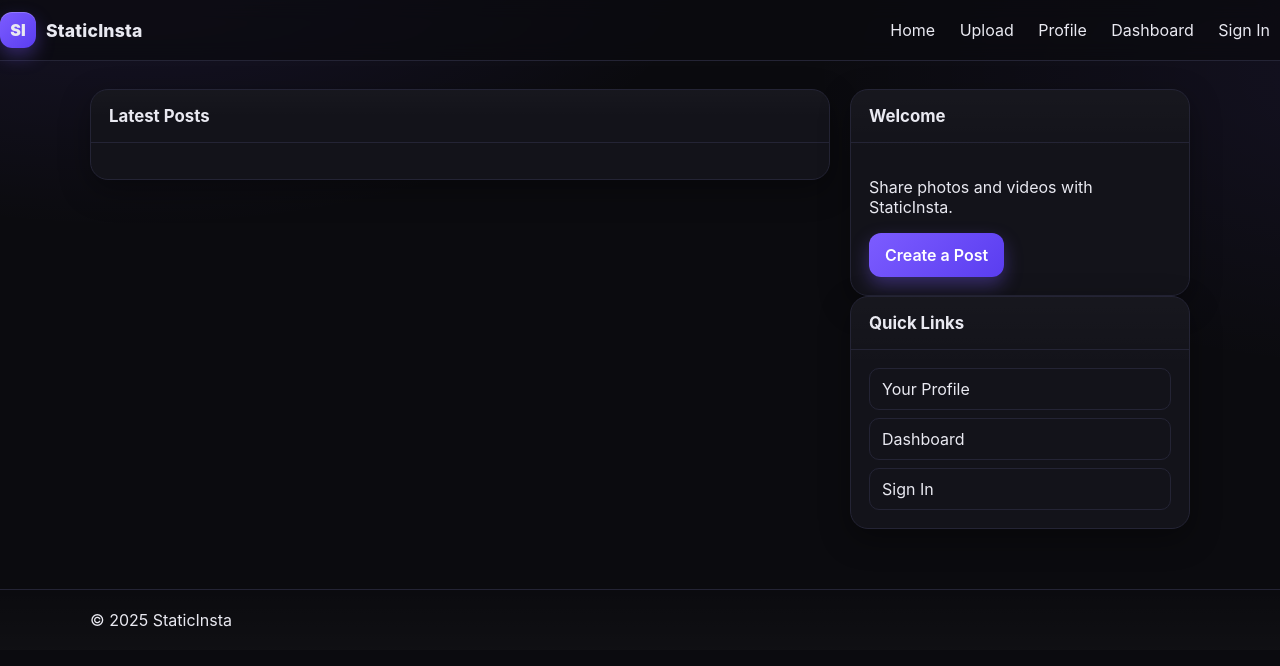
Repository: Asadkhan23/StaticInsta-App
Page: index.html
These files come from the project's save history. The page is drawn as it stood at one moment and after the next save; the edit follows.
The browser window is 1280 px wide. The pictures show the whole page.

Above is the page before, as saved 2025-08-26 19:48:55.

### index.html
<!DOCTYPE html>
<html lang="en">
<head>
  <meta charset="UTF-8" />
  <meta name="viewport" content="width=device-width, initial-scale=1.0" />
  <title>StaticInsta</title>
  <link rel="stylesheet" href="styles.css" />
  <script src="global.js"></script>
</head>
<body>

<header class="si-navbar">
  <div class="si-nav-inner">
    <a class="si-brand" href="index.html">
      <span class="si-badge">SI</span>
      <span class="si-title">StaticInsta</span>
    </a>
    <nav class="si-nav-actions">
      <a href="index.html">Home</a>
      <a href="upload.html">Upload</a>
      <a href="profile.html">Profile</a>
      <a href="dashboard.html">Dashboard</a>
      <a href="signin.html" id="navSignIn">Sign In</a>
    </nav>
  </div>
</header>


<main class="si-main">
  <div class="si-container si-grid">
    <section class="si-col-wide">
      <div class="si-card">
        <div class="si-card-header">
          <h2>Latest Posts</h2>
        </div>
        <div id="homePosts" class="si-card-body feed-grid"></div>
      </div>
    </section>
    <aside class="si-col-side">
      <div class="si-card">
        <div class="si-card-header"><h3>Welcome</h3></div>
        <div class="si-card-body">
          <p>Share photos and videos with StaticInsta.</p>
          <a class="si-btn" href="upload.html">Create a Post</a>
        </div>
      </div>
      <div class="si-card">
        <div class="si-card-header"><h3>Quick Links</h3></div>
        <div class="si-card-body si-links">
          <a href="profile.html">Your Profile</a>
          <a href="dashboard.html">Dashboard</a>
          <a href="signin.html">Sign In</a>
        </div>
      </div>
    </aside>
  </div>
</main>

<footer class="si-footer">
  <div class="si-container">© 2025 StaticInsta</div>
</footer>

<script src="script.js"></script>
</body>
</html>

### styles.css

:root{
  --bg:#0b0b0f;
  --surface:#13131a;
  --surface-2:#1a1a24;
  --text:#e9e9f1;
  --muted:#a2a2b3;
  --primary:#7c5cff;
  --primary-2:#5a3df0;
  --ring: rgba(124,92,255,.35);
  --border:#242435;
}
*{box-sizing:border-box}
html,body{height:100%}
body{
  margin:0; font-family: Inter, system-ui, -apple-system, Segoe UI, Roboto, Arial, sans-serif;
  background:radial-gradient(1200px 600px at 10% -10%, rgba(124,92,255,.12), transparent 50%),
             radial-gradient(1000px 500px at 110% 10%, rgba(124,92,255,.08), transparent 60%),
             var(--bg);
  color:var(--text);
}

/* Layout */
.si-container{ width:92%; max-width:1100px; margin:0 auto; }
.si-main{ padding:28px 0 60px; }
.si-grid{ display:grid; grid-template-columns: 1fr; gap:20px; }
@media(min-width: 980px){
  .si-grid{ grid-template-columns: minmax(0,1fr) 340px; }
  .si-col-wide{ order:1; }
  .si-col-side{ order:2; }
}
.si-col-wide, .si-col-side{ min-width:0; }

/* Navbar */
.si-navbar{ position:sticky; top:0; z-index:20; background: rgba(11,11,15,.7); backdrop-filter: blur(10px); border-bottom:1px solid var(--border); }
.si-nav-inner{ display:flex; align-items:center; justify-content:space-between; gap:16px; padding:12px 0; }
.si-brand{ display:flex; align-items:center; gap:10px; text-decoration:none; color:var(--text); font-weight:800; letter-spacing:.2px; }
.si-badge{ display:grid; place-items:center; width:36px; height:36px; border-radius:12px; background: linear-gradient(135deg, var(--primary), var(--primary-2));
  box-shadow: 0 8px 18px var(--ring), inset 0 1px 0 rgba(255,255,255,.2); font-weight:900; }
.si-title{ font-size:1.1rem; }
.si-nav-actions a{ color:var(--text); text-decoration:none; padding:8px 10px; border-radius:10px; }
.si-nav-actions a:hover{ background:var(--surface); }

/* Cards */
.si-card{ background: linear-gradient(180deg, rgba(255,255,255,.02), transparent 30%) , var(--surface); border:1px solid var(--border); border-radius:18px; box-shadow: 0 10px 30px rgba(0,0,0,.35); overflow:hidden; }
.si-card-header{ padding:16px 18px; border-bottom:1px solid var(--border); }
.si-card-header h2, .si-card-header h3{ margin:0; font-size:1.05rem; }
.si-card-body{ padding:18px; }
.center{ text-align:center; }

/* Buttons */
.si-btn{ display:inline-block; background:linear-gradient(135deg, var(--primary), var(--primary-2)); color:#fff; border:none; border-radius:12px; padding:12px 16px; text-decoration:none; font-weight:600; box-shadow: 0 8px 18px var(--ring); cursor:pointer; }
.si-btn:hover{ filter:brightness(.95); }
.si-btn-ghost{ background:transparent; border:1px solid var(--border); color:var(--text); box-shadow:none; }
.si-btn-ghost:hover{ background:var(--surface-2); }

/* Forms */
.si-form{ display:flex; flex-direction:column; gap:12px; }
.si-row{ display:grid; grid-template-columns: 1fr; gap:12px; }
@media(min-width:720px){ .si-row{ grid-template-columns: 1fr 1fr; } }
.si-form input, .si-form textarea{
  width:100%; background:var(--surface-2); color:var(--text);
  border:1px solid var(--border); border-radius:12px; padding:12px 14px; outline:none;
}
.si-form input:focus, .si-form textarea:focus{ border-color:var(--primary); box-shadow:0 0 0 4px var(--ring); }
.si-form textarea{ min-height:120px; resize:vertical; }

/* Feed grid */
.feed-grid{ display:grid; grid-template-columns: 1fr; gap:14px; }
@media(min-width:620px){ .feed-grid{ grid-template-columns: 1fr 1fr; } }
@media(min-width:1024px){ .feed-grid{ grid-template-columns: 1fr 1fr 1fr; } }
.post{ background:var(--surface-2); border:1px solid var(--border); border-radius:16px; overflow:hidden; }
.post img, .post video{ display:block; width:100%; height:auto; }
.post .meta{ padding:10px 12px; display:flex; align-items:center; justify-content:space-between; }
.post h3{ margin:10px 12px 0; font-size:1rem; }
.post p{ margin:8px 12px 14px; color:var(--muted); }

/* Lists & text */
.si-strong{ font-weight:700; }
.si-dim{ color:var(--muted); }
.si-list{ list-style:none; padding:0; margin:0; display:grid; gap:8px; }
.si-links{ display:grid; gap:8px; }
.si-links a{ color:var(--text); text-decoration:none; padding:10px 12px; border-radius:10px; border:1px solid var(--border); }
.si-links a:hover{ background:var(--surface-2); }

/* Footer */
.si-footer{ border-top:1px solid var(--border); padding:20px 0; background:linear-gradient(180deg, transparent, rgba(255,255,255,.02)); }

### global.js

function likePost(index) {
    const posts = JSON.parse(localStorage.getItem('posts')) || [];
    posts[index].likes++;
    localStorage.setItem('posts', JSON.stringify(posts));
    if (typeof renderPosts === 'function') {
        if (document.getElementById('feed')) renderPosts('feed', false);
        if (document.getElementById('myPosts')) renderPosts('myPosts', true);
        if (document.getElementById('homePosts')) renderPosts('homePosts', false);
    }
}

### script.js
// --- Sign Up ---
const signupForm = document.getElementById('signupForm');
if (signupForm) {
  signupForm.addEventListener('submit', function (e) {
    e.preventDefault();

    const firstName = document.getElementById('firstName').value.trim();
    const lastName = document.getElementById('lastName').value.trim();
    const email = document.getElementById('email').value.trim();
    const phone = document.getElementById('phone').value.trim();
    const password = document.getElementById('password').value;
    const confirmPassword = document.getElementById('confirmPassword').value;

    if (!firstName || !lastName || !email || !phone || !password || !confirmPassword) {
      alert('Please fill in all fields.');
      return;
    }

    if (password !== confirmPassword) {
      alert('Passwords do not match.');
      return;
    }

    const users = JSON.parse(localStorage.getItem('users')) || [];

    if (users.find(user => user.email === email)) {
      alert('Email already exists. Please sign in.');
      return;
    }

    const user = { firstName, lastName, email, phone, password };

    users.push(user);
    localStorage.setItem('users', JSON.stringify(users));

    alert('Account created successfully!');
    window.location.href = 'signin.html';
  });
}

// --- Sign In ---
const signinForm = document.getElementById('signinForm');
if (signinForm) {
  signinForm.addEventListener('submit', function (e) {
    e.preventDefault();

    const email = document.getElementById('emailSignIn').value.trim();
    const password = document.getElementById('passwordSignIn').value;

    const users = JSON.parse(localStorage.getItem('users')) || [];
    const user = users.find(user => user.email === email && user.password === password);

    if (!user) {
      alert('Incorrect email or password.');
      return;
    }

    localStorage.setItem('loggedInUser', JSON.stringify(user));

    const signInHistory = JSON.parse(localStorage.getItem('signInHistory')) || {};
    if (!signInHistory[user.email]) {
      signInHistory[user.email] = [];
    }
    signInHistory[user.email].push(new Date().toISOString());
    localStorage.setItem('signInHistory', JSON.stringify(signInHistory));

    alert('Sign In successful!');
    window.location.href = 'index.html';
  });
}

// --- Upload Post ---
const form = document.getElementById('uploadForm');
if (form) {
  form.addEventListener('submit', function (e) {
    e.preventDefault();

    const title = document.getElementById('titleInput').value.trim();
    const description = document.getElementById('descriptionInput').value.trim();
    const fileInput = document.getElementById('mediaInput');
    const file = fileInput.files[0];

    if (!file) {
      alert('Please select a file.');
      return;
    }
    if (file.size > 100 * 1024 * 1024) {
      alert('File is too large. Max 100MB allowed.');
      return;
    }


    const reader = new FileReader();

    reader.onload = function () {
      const post = {
        title,
        media: reader.result,
        type: file.type,
        description,
        likes: 0,
        userEmail: JSON.parse(localStorage.getItem('loggedInUser')).email // Save user email for filtering posts later
      };

      try {
        const posts = JSON.parse(localStorage.getItem('posts')) || [];
        posts.unshift(post); // Insert post at the beginning
        localStorage.setItem('posts', JSON.stringify(posts));
        alert('Post uploaded!');
        window.location.href = 'index.html';
      } catch (err) {
        alert('Upload failed: ' + err.message);
      }
    };

    reader.readAsDataURL(file);
  });
}

// --- Render Posts ---
function renderPosts(containerId, onlyUserPosts = false) {
  const container = document.getElementById(containerId);
  if (!container) return;

  const posts = JSON.parse(localStorage.getItem('posts')) || [];
  const user = JSON.parse(localStorage.getItem('loggedInUser'));

  // Filter posts if onlyUserPosts is true, otherwise show all posts
  const filteredPosts = onlyUserPosts && user
    ? posts.filter(post => post.userEmail === user.email)
    : posts;

  // If no posts available, show a message
  if (filteredPosts.length === 0) {
    container.innerHTML = '<p>No posts to display</p>';
    return;
  }

  container.innerHTML = ''; // Clear previous content before rendering new posts

  filteredPosts.forEach((post, index) => {
    const div = document.createElement('div');
    div.className = 'post';

    const mediaTag = post.type.startsWith('video') ?
      `<video controls width="100%"><source src="${post.media}" type="${post.type}"></video>` :
      `<img src="${post.media}" alt="">`;

    div.innerHTML = `
      <h3>${post.title || 'Untitled'}</h3>
      ${mediaTag}
      <p>${post.description}</p>
      <div class="actions">
        <span onclick="likePost(${index})">❤️ ${post.likes}</span>
        <span title="Share">🔗</span>
        <span title="Save">💾</span>
      </div>
    `;
    container.appendChild(div);
  });
}

// --- Home Page: Display All Posts ---
if (document.getElementById('feed')) {
  renderPosts('feed', false); // Display all posts on the home page
}

// --- Like Post ---
function likePost(index) {
  const posts = JSON.parse(localStorage.getItem('posts')) || [];
  posts[index].likes++;
  localStorage.setItem('posts', JSON.stringify(posts));
  location.reload();
}

// --- Display Username & Email on Profile ---
const loggedInUser = JSON.parse(localStorage.getItem('loggedInUser'));
if (loggedInUser) {
  const usernameEl = document.getElementById('usernameDisplay');
  const emailEl = document.getElementById('emailDisplay');
  if (usernameEl) usernameEl.textContent = `${loggedInUser.firstName} ${loggedInUser.lastName}`;
  if (emailEl) emailEl.textContent = loggedInUser.email;
}

// --- Display Sign-In History ---
function displaySignInHistory() {
  const user = JSON.parse(localStorage.getItem('loggedInUser'));
  if (!user) return;

  const signInHistory = JSON.parse(localStorage.getItem('signInHistory')) || {};
  const historyContainer = document.getElementById('signInHistory');

  if (signInHistory[user.email]) {
    signInHistory[user.email].forEach(signInTime => {
      const div = document.createElement('div');
      div.className = 'history-entry';
      div.textContent = `Signed in at: ${new Date(signInTime).toLocaleString()}`;
      historyContainer.appendChild(div);
    });
  } else {
    historyContainer.innerHTML = '<p>No sign-in history found.</p>';
  }
}

// --- Dashboard ---
function renderDashboard() {
  const loggedInUser = JSON.parse(localStorage.getItem('loggedInUser'));
  if (loggedInUser) {
    document.getElementById('profileName').textContent = `${loggedInUser.firstName} ${loggedInUser.lastName}`;
    document.getElementById('profileEmail').textContent = loggedInUser.email;
    displaySignInHistory();
    renderPosts('myPosts', true); // Render only the logged-in user's posts
  } else {
    alert('Please sign in to access the dashboard.');
    window.location.href = 'signin.html';
  }
}

// Call renderDashboard when the dashboard page loads
if (document.getElementById('dashboardPage')) {
  renderDashboard();
}

// --- Home Page: Display All Posts ---
if (document.getElementById('homePage')) {
  renderPosts('homePosts', false); // Display all posts on the home page
}


// ========== CloudClips UX Enhancements ==========

// Smooth scroll for internal anchor links
document.querySelectorAll('a[href^="#"]').forEach(a => {
  a.addEventListener('click', (e) => {
    const href = a.getAttribute('href');
    if (href && href.length > 1) {
      e.preventDefault();
      const el = document.querySelector(href);
      if (el) el.scrollIntoView({behavior:'smooth', block:'start'});
    }
  });
});

// Scroll reveal effect
const revealEls = document.querySelectorAll('.reveal');
const onScrollReveal = () => {
  const vh = window.innerHeight;
  revealEls.forEach(el => {
    const rect = el.getBoundingClientRect();
    if (rect.top < vh * 0.9) el.classList.add('show');
  });
};
window.addEventListener('scroll', onScrollReveal, {passive:true});
window.addEventListener('load', onScrollReveal);

// Button ripple effect
document.addEventListener('click', function(e){
  const btn = e.target.closest('.btn, button');
  if(!btn) return;
  const circle = document.createElement('span');
  const rect = btn.getBoundingClientRect();
  const size = Math.max(rect.width, rect.height);
  circle.style.width = circle.style.height = `${size}px`;
  circle.style.position = 'absolute';
  circle.style.borderRadius = '50%';
  circle.style.left = `${e.clientX - rect.left - size/2}px`;
  circle.style.top = `${e.clientY - rect.top - size/2}px`;
  circle.style.background = 'rgba(255,255,255,.25)';
  circle.style.pointerEvents = 'none';
  circle.style.transform = 'scale(0)';
  circle.style.opacity = '1';
  circle.style.transition = 'transform .45s ease, opacity .6s ease';
  circle.className = 'ripple';
  btn.style.position = 'relative';
  btn.style.overflow = 'hidden';
  btn.appendChild(circle);
  requestAnimationFrame(()=>{
    circle.style.transform = 'scale(2.4)';
    circle.style.opacity = '0';
  });
  setTimeout(()=> circle.remove(), 600);
});

// Theme toggle (dark/light)
(function(){
  const toggle = document.querySelector('.theme-toggle');
  const apply = (mode) => {
    document.body.classList.toggle('light', mode === 'light');
    localStorage.setItem('cc-theme', mode);
  };
  const saved = localStorage.getItem('cc-theme');
  if(saved) apply(saved);
  if(toggle){
    toggle.addEventListener('click', ()=>{
      const next = document.body.classList.contains('light') ? 'dark' : 'light';
      apply(next);
    });
  }
})();

After the next save:
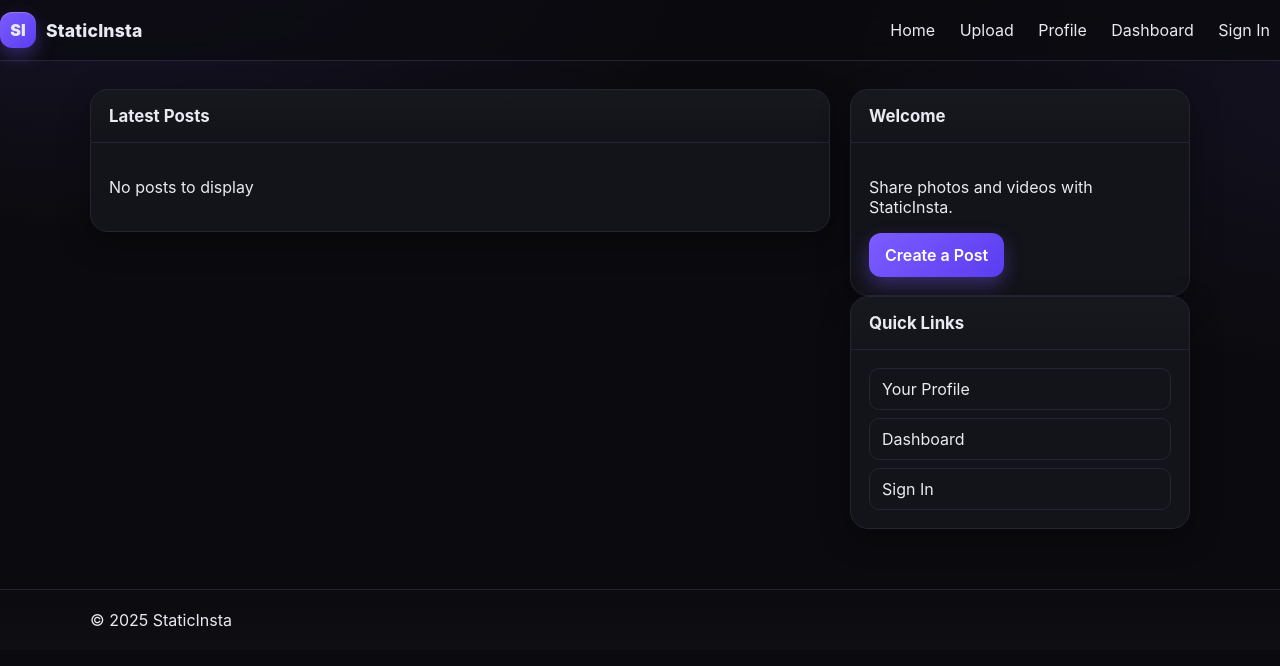
Saved 6 h 2 min later.
--- a/index.html
+++ b/index.html
@@ -33,7 +33,7 @@
         <div class="si-card-header">
           <h2>Latest Posts</h2>
         </div>
-        <div id="homePosts" class="si-card-body feed-grid"></div>
+        <div id="feed" class="si-card-body feed-grid"></div>
       </div>
     </section>
     <aside class="si-col-side">
